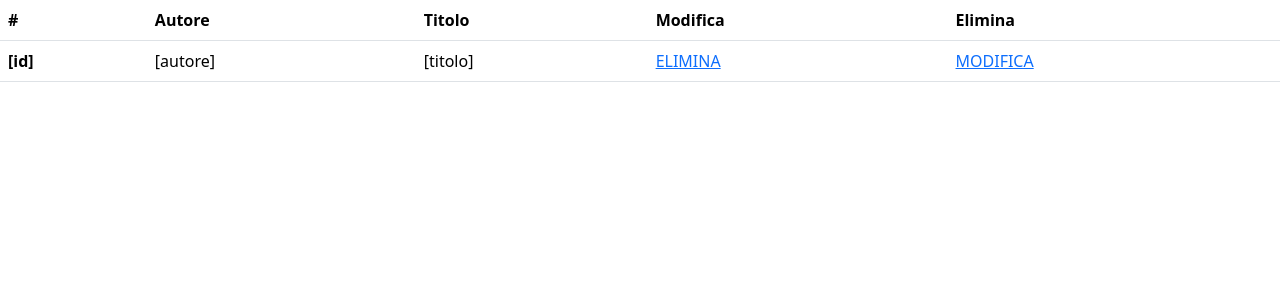
Repository: foferys/DynamicWebProject_DAOLibri_Mappe
Page: DynamicWebProject_DAOLibri_Mappe/WebContent/viste/templatelibro.html
An editor plug-in stored every save of this project. The page is shown before and after the next save, followed by the edit.
The browser window is 1280 px wide. The pictures show the whole page.

Above is the page before, as saved 2024-06-25 09:32:46.

After the next save:
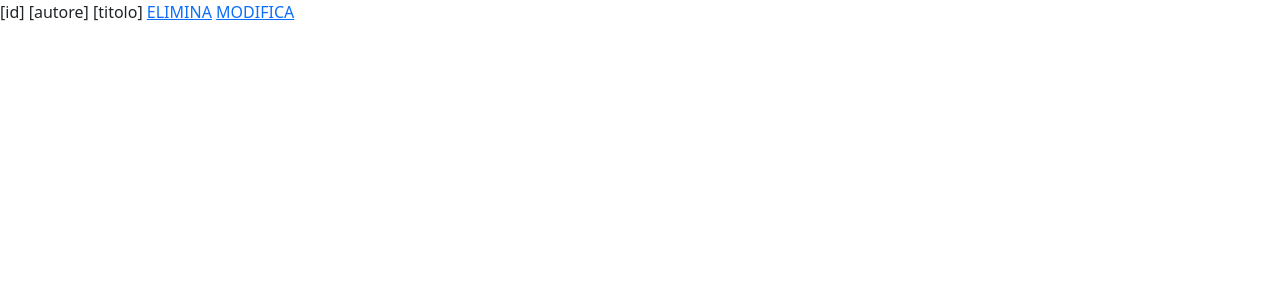
Saved 17 s later.
--- a/DynamicWebProject_DAOLibri_Mappe/WebContent/viste/templatelibro.html
+++ b/DynamicWebProject_DAOLibri_Mappe/WebContent/viste/templatelibro.html
@@ -14,17 +14,8 @@
     <link href="https://cdn.jsdelivr.net/npm/bootstrap@5.3.3/dist/css/bootstrap.min.css" rel="stylesheet" integrity="sha384-QWTKZyjpPEjISv5WaRU9OFeRpok6YctnYmDr5pNlyT2bRjXh0JMhjY6hW+ALEwIH" crossorigin="anonymous">
 
 	<body>
-		<table class="table">
-		  <thead>
-		    <tr>
-		      <th scope="col">#</th>
-		      <th scope="col">Autore</th>
-		      <th scope="col">Titolo</th>
-            	<th scope="col">Modifica</th>
-               <th scope="col">Elimina</th>
-		    </tr>
-		  </thead>
-		  <tbody>
+
+
 		    <tr>
 		      <th scope="row">[id]</th>
 		      <td>[autore]</td>
@@ -34,8 +25,6 @@
 		      <td><a href="http://localhost:8080/DynamicWebProject_DAOLibri_Mappe/Index?comando=formmodificalibro&id=[id]">MODIFICA</a></td>
 
 		    </tr>
-		  </tbody>
-		</table>
 
 
 
